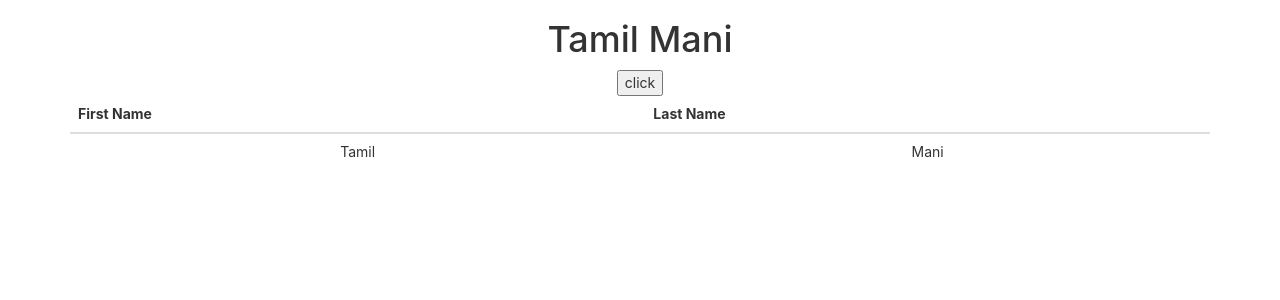
Repository: Green-Technologies-Angular/React-js
Page: /
An editor plug-in stored every save of this project. The page is shown before and after the next save, followed by the edit.
The browser window is 1280 px wide. The pictures show the whole page.
The project was rebuilt for these pictures with package versions that can differ from the ones it lists, and the page was loaded fresh each time.

Above is the page before, as saved 2019-03-19 09:42:21.

### public/index.html
<!DOCTYPE html>
<html lang="en">
  <head>
    <meta charset="utf-8" />
    <link rel="shortcut icon" href="%PUBLIC_URL%/favicon.ico" />
    <meta
      name="viewport"
      content="width=device-width, initial-scale=1, shrink-to-fit=no"
    />
    <meta name="theme-color" content="#000000" />
    <!--
      manifest.json provides metadata used when your web app is installed on a
      user's mobile device or desktop. See https://developers.google.com/web/fundamentals/web-app-manifest/
    -->
    <link rel="manifest" href="%PUBLIC_URL%/manifest.json" />
    <link rel="stylesheet" href="https://maxcdn.bootstrapcdn.com/bootstrap/3.4.0/css/bootstrap.min.css">
  <script src="https://ajax.googleapis.com/ajax/libs/jquery/3.3.1/jquery.min.js"></script>
  <script src="https://maxcdn.bootstrapcdn.com/bootstrap/3.4.0/js/bootstrap.min.js"></script>
    <!--
      Notice the use of %PUBLIC_URL% in the tags above.
      It will be replaced with the URL of the `public` folder during the build.
      Only files inside the `public` folder can be referenced from the HTML.

      Unlike "/favicon.ico" or "favicon.ico", "%PUBLIC_URL%/favicon.ico" will
      work correctly both with client-side routing and a non-root public URL.
      Learn how to configure a non-root public URL by running `npm run build`.
    -->
    <title>React App</title>
  </head>
  <body>
    <noscript>You need to enable JavaScript to run this app.</noscript>
    <div id="root">

    </div>
    <!--
      This HTML file is a template.
      If you open it directly in the browser, you will see an empty page.

      You can add webfonts, meta tags, or analytics to this file.
      The build step will place the bundled scripts into the <body> tag.

      To begin the development, run `npm start` or `yarn start`.
      To create a production bundle, use `npm run build` or `yarn build`.
    -->
  </body>
</html>

### src/App.js
import React, { Component } from 'react';
import './App.css';
import Header from './component/header';
class App extends Component {
  constructor(props){
    super(props);
    this.state = {
      firstName : "Tamil",
      lastName : "Mani",
      name : "Tamil Mani",
      check : false
    }
  }
  updateName = () => {
    this.setState({
      name : "Welcome to chennai"
    })
  }
  render() {
    return (
      <div className="App">
        <h1>{this.state.name}</h1>
        <button name="click" onClick={this.updateName}>click</button>
        {this.state.check}
        <Header chennai={this.state.firstName} csk={this.state.lastName}/>
      </div>
    );
  }
}

export default App;

### src/component/header.js
import React, { Component } from 'react';

class Header extends Component{
      componentWillMount() {
        console.log('Component WILL MOUNT!----FIRST')
      }
      componentDidMount() {
          console.log('Component DID MOUNT!----SECOND')
      }
      componentWillReceiveProps(newProps) {
          console.log('Component WILL RECIEVE PROPS!')
      }
      shouldComponentUpdate(newProps, newState) {
          return true;
      }
      componentWillUpdate(nextProps, nextState) {
          console.log('Component WILL UPDATE!');
      }
      componentDidUpdate(prevProps, prevState) {
          console.log('Component DID UPDATE!')
      }
      componentWillUnmount() {
          console.log('Component WILL UNMOUNT!')
      }
    render(){
        return(
            <div className="container">
                <table className="table">
                    <thead>
                    <tr>
                        <th>
                        First Name
                        </th>
                        <th>
                        Last Name
                        </th>
                    </tr>
                    </thead>
                    <tbody>
                    <tr>
                        <td>
                        {this.props.chennai}
                        </td>
                        <td>
                        {this.props.csk}
                        </td>
                    </tr>
                    </tbody>
                </table>
            </div>
        )

    }
}


export default Header;

Loaded but not shown: src/index.js (common file); src/index.css (common file); src/serviceWorker.js (common file); src/App.css (common file)

After the next save:
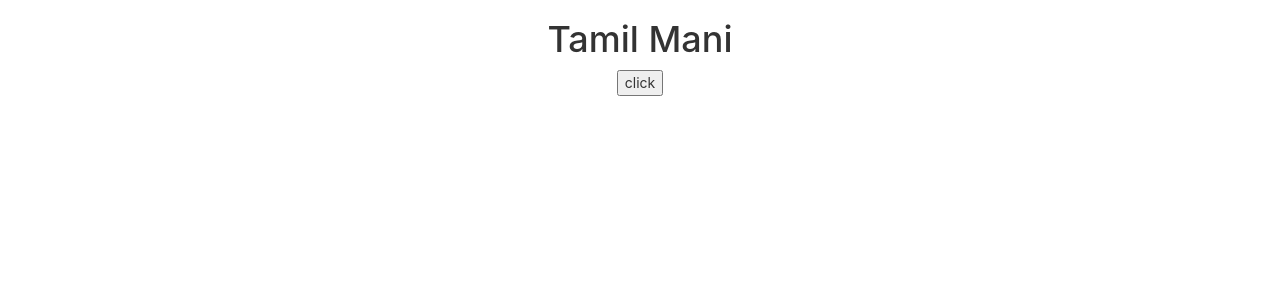
Saved 106 s later.
--- a/src/App.js
+++ b/src/App.js
@@ -21,8 +21,9 @@ class App extends Component {
       <div className="App">
         <h1>{this.state.name}</h1>
         <button name="click" onClick={this.updateName}>click</button>
-        {this.state.check}
+        {this.state.check &&
         <Header chennai={this.state.firstName} csk={this.state.lastName}/>
+        }
       </div>
     );
   }
